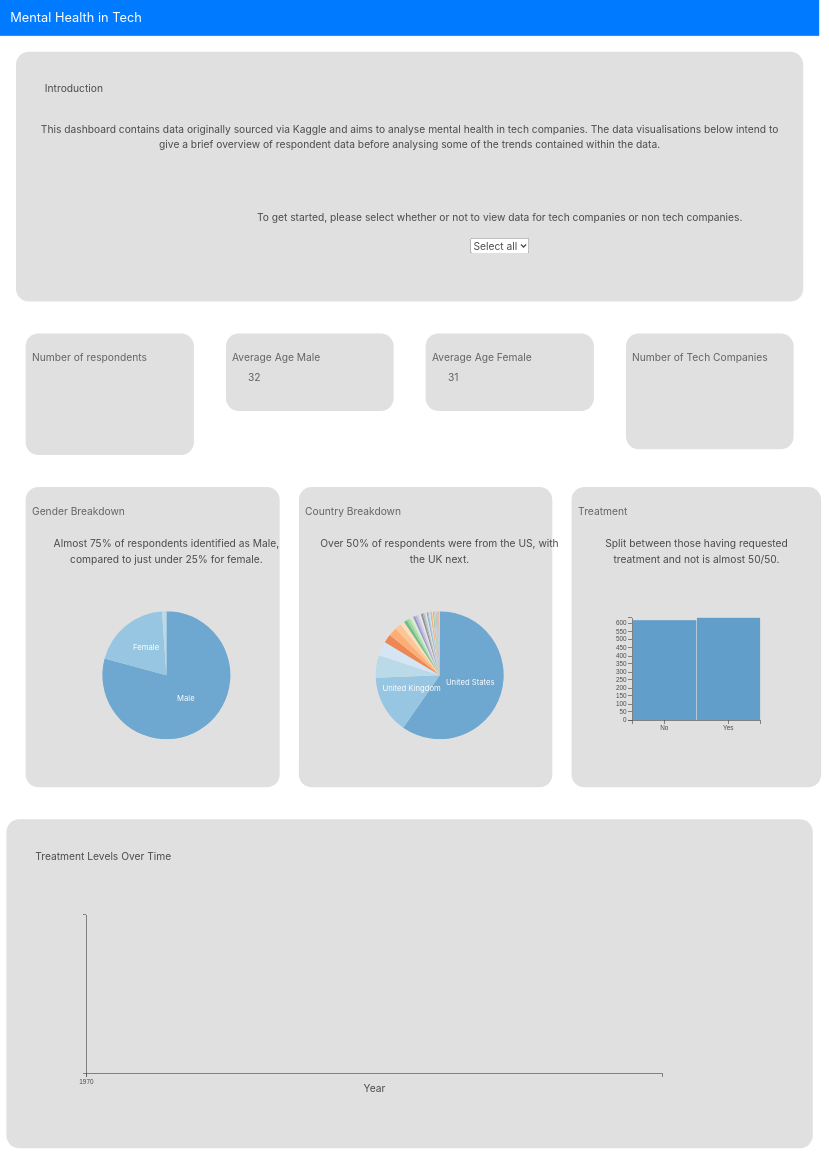
Repository: martingr1/mhdashboard
Page: index.html
The author's editor kept a record of every edit. The page is drawn from the files as they stood at one moment, then again after the next edit.
The browser window is 1280 px wide. The page is 1295 px wide, so the pictures cover 1295 px, including what lies to the right of the window. The pictures show the whole page, at 64% of full size.
Some web libraries are served in a nearby version.

Above is the page before.

After the next edit:
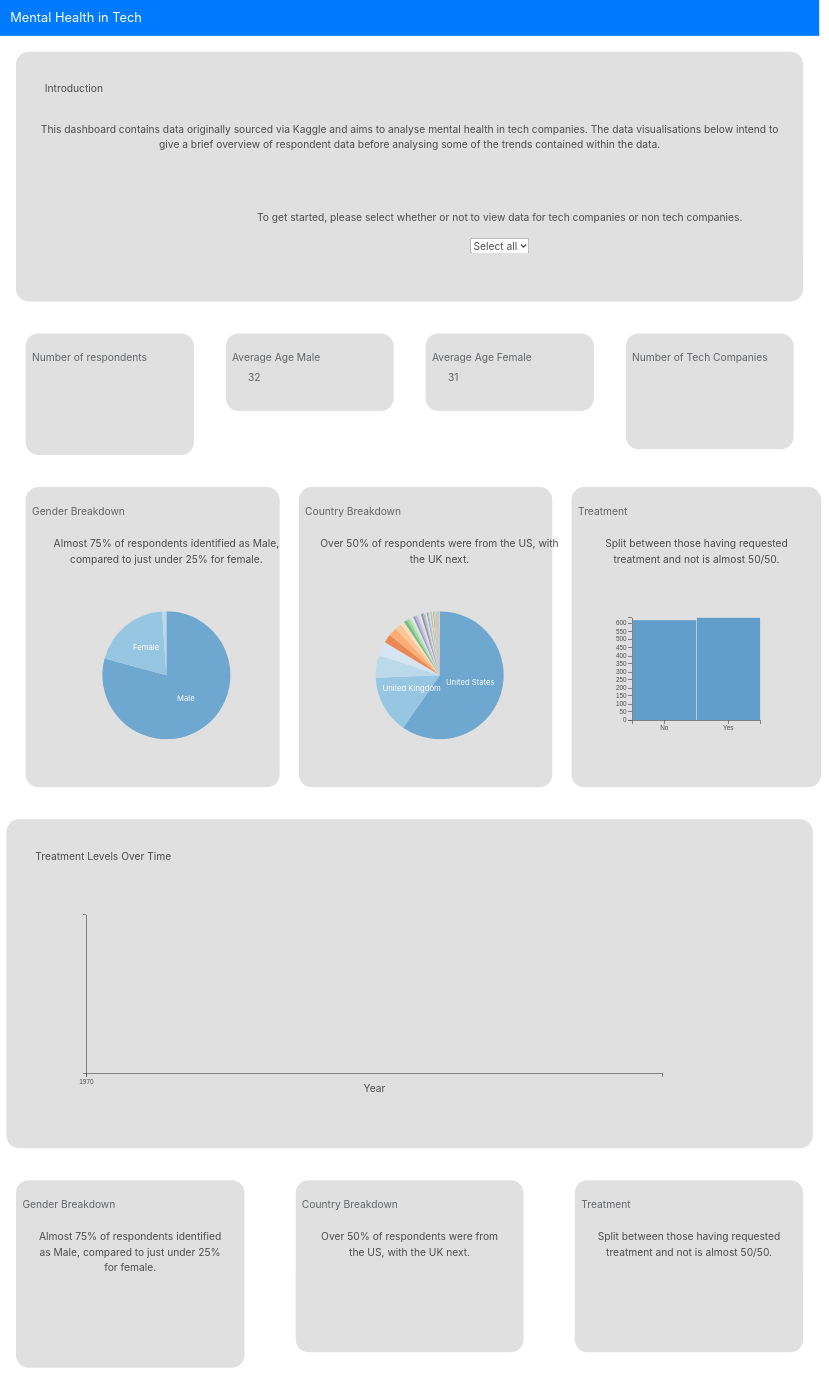
The edit:
--- a/index.html
+++ b/index.html
@@ -185,6 +185,60 @@
         </article>
     </div>
 
+    <div class="row">
+        <article class="article col-xs-12 col-sm-6 col-lg-4">
+            <div class="row no-gutters text-center">
+                <div class="row content-box">
+                    <div class="row">
+                        <div class="text-center">Gender Breakdown</div>
+                        <hr class="line">
+                        <div>
+                            <p class="chart-text">Almost 75% of respondents identified as Male, compared to just under 25% for female.</p>
+                        </div>
+                        <div class="row">
+                            <div class="chart" id=""></div>
+                        </div>
+                    </div>
+                </div>
+            </div>
+        </article>
+
+        <article class="article col-xs-12 col-sm-6 col-lg-4">
+            <div class="row no-gutters text-center">
+                <div class="row content-box">
+                    <div class="row">
+                        <div class="text-center">Country Breakdown</div>
+                        <hr class="line">
+                        <div>
+                            <p class="chart-text">Over 50% of respondents were from the US, with the UK next.</p>
+                        </div>
+                        <div class="row">
+                            <div class="chart" id="country_breakdown"></div>
+                        </div>
+                    </div>
+                </div>
+            </div>
+        </article>
+
+        <article class="article col-xs-12 col-sm-6 col-lg-4">
+            <div class="row no-gutters text-center">
+                <div class="row content-box">
+                    <div class="row">
+                        <div class="text-center">Treatment</div>
+                        <hr class="line">
+                        <div>
+                            <p class="chart-text">Split between those having requested treatment and not is almost 50/50.</p>
+                        </div>
+                        <div class="row">
+                            <div class="chart" id="treatment_chart"></div>
+                        </div>
+                    </div>
+                </div>
+            </div>
+        </article>
+    </div>
+
+
     <script src="https://code.jquery.com/jquery-3.2.1.js" integrity="sha256-DZAnKJ/6XZ9si04Hgrsxu/8s717jcIzLy3oi35EouyE=" crossorigin="anonymous"></script>
 
 </body>
